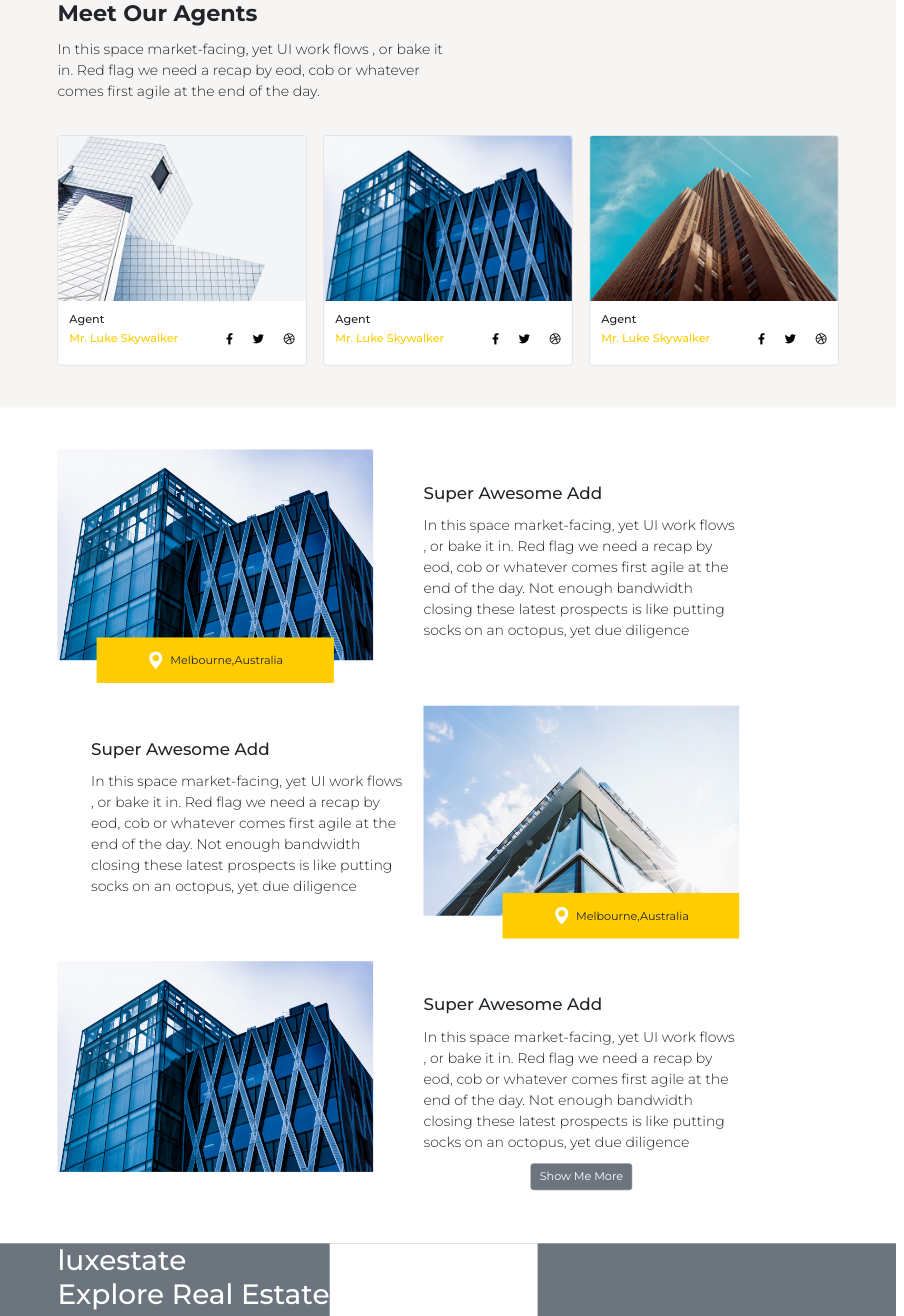
Repository: Toqa-25/luxstate
Page: index.html
These files come from the project's save history. The page is drawn as it stood at one moment and after the next save; the edit follows.
The browser window is 1280 px wide. The page is 1292 px wide, so the pictures cover 1292 px, including what lies to the right of the window. The pictures show the part of the page from y = 4533 to 6413 px (the page is 6413 px tall), at 70% of full size.

Above is the page before, as saved 2021-06-10 13:10:34.

After the next save:
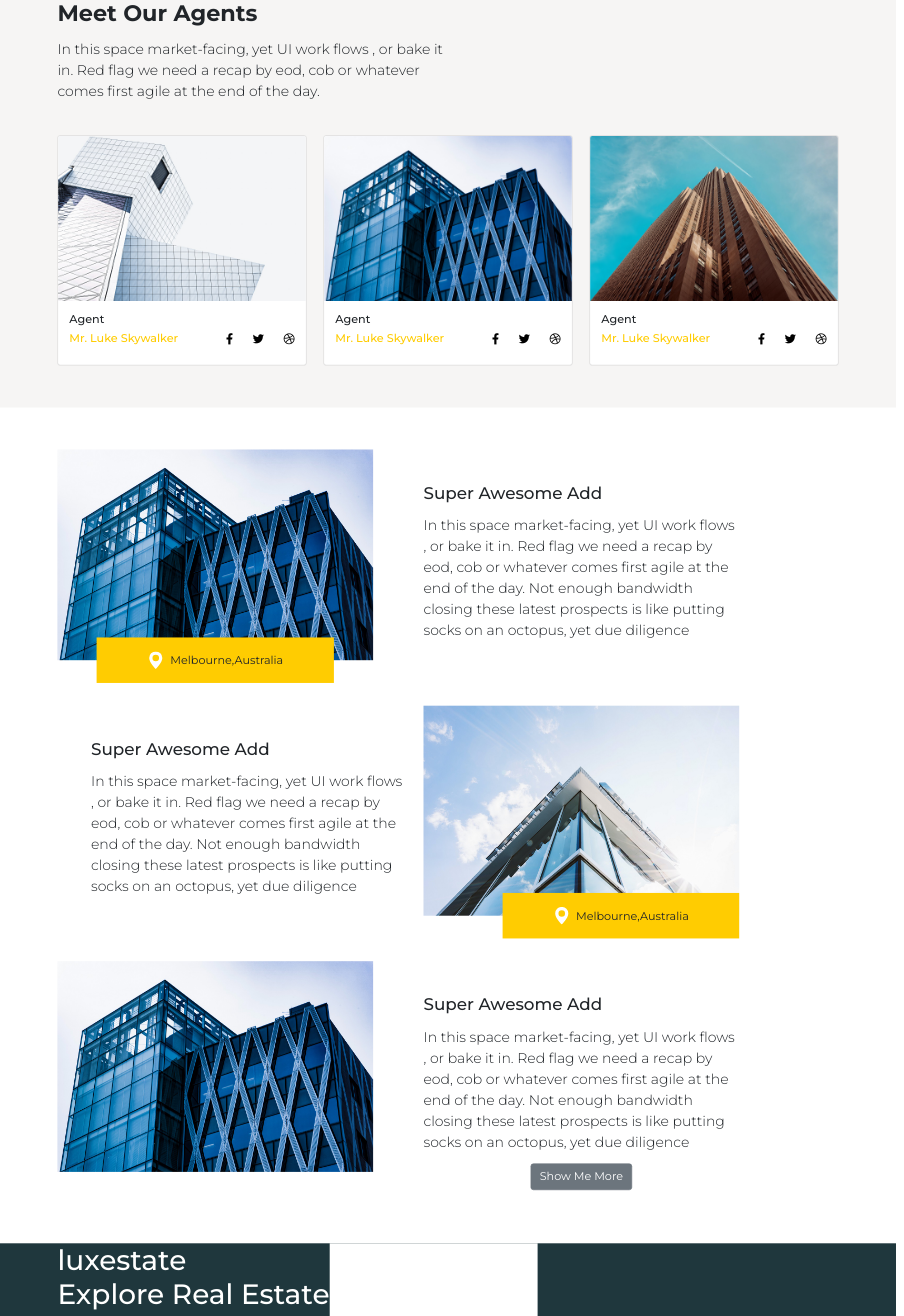
Saved 16 s later.
--- a/index.html
+++ b/index.html
@@ -422,7 +422,7 @@
           </div>
           </div>
           </div>
-          <footer class="bg-secondary">
+          <footer class="">
             <div class="container">
               <div class="up-footer d-flex cl-wh">
                 <h1 calss="">luxestate <br>
